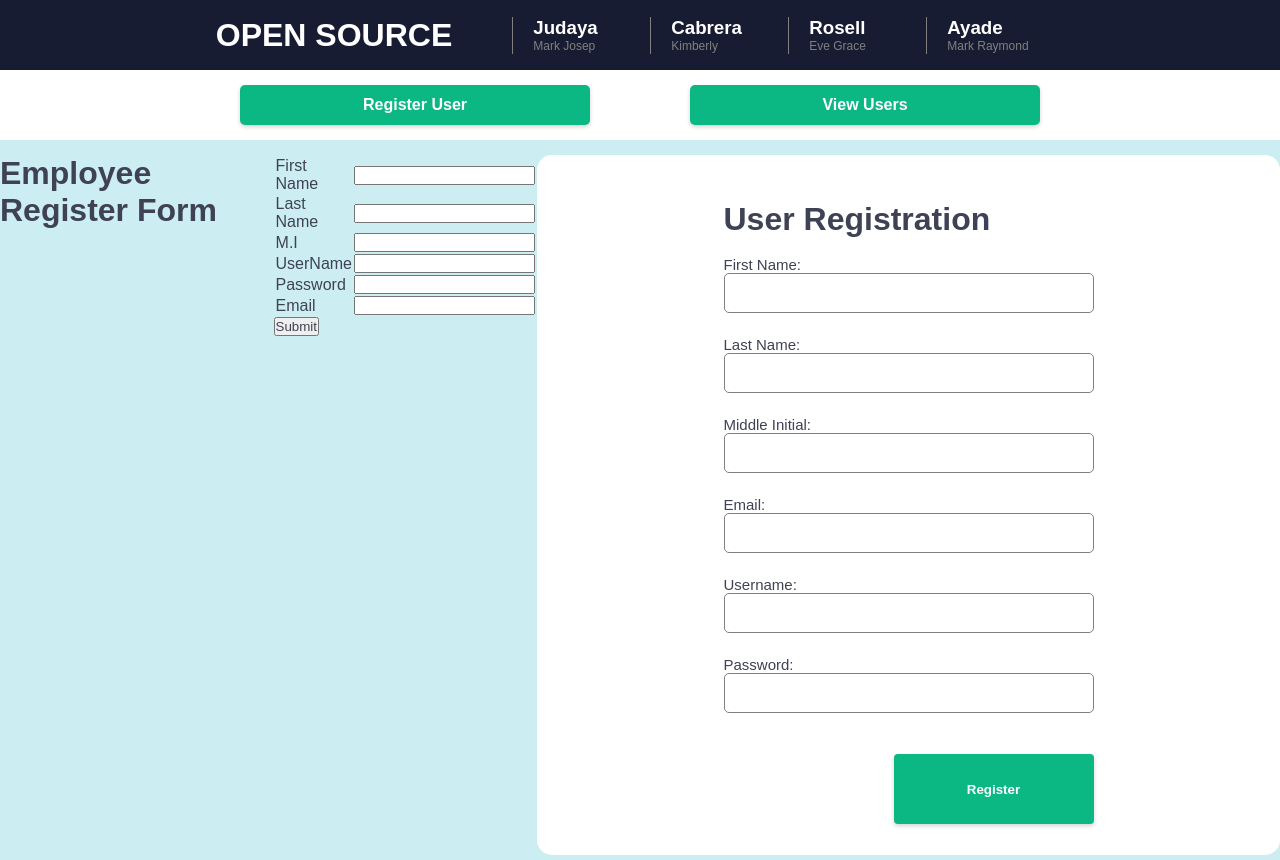
Repository: azkalonz/Int-Prog-2
Page: http://localhost/Int_Prog_2/register?page=register
The author's editor kept a copy of each file at every save. The page is drawn from the files as they stood at one save, then again after the next save.
The browser window is 1280 px wide. The pictures show the whole page.
The page is served by Tomcat 9. Other server files are loaded and not shown.

Above is the page before, as saved 2021-03-02 10:59:18.

### Int Prog 2/WebContent/WEB-INF/views/register.jsp
<jsp:include page="/WEB-INF/layout/header.jsp" />
  <h1>Employee Register Form</h1>
  <form >
   <table style="with: 80%">
    <tr>
     <td>First Name</td>
     <td><input type="text" name="firstname" /></td>
    </tr>
    <tr>
     <td>Last Name</td>
     <td><input type="text" name="lastname" /></td>
    </tr>
    <tr>
     <td>M.I</td>
     <td><input type="text" name="mi" /></td>
    </tr>
    <tr>
     <td>UserName</td>
     <td><input type="text" name="username" /></td>
    </tr>
    <tr>
     <td>Password</td>
     <td><input type="password" name="password" /></td>
    </tr>
    <tr>
     <td>Email</td>
     <td><input type="text" name="email" /></td>
    </tr>
   </table>
   <input type="submit" value="Submit" />
  </form>
  <div class="formCon">
            <form action="<%= request.getContextPath() %>/register" method="post">
                <h1>User Registration</h1>
                <br>
                <div class="inputCon">
                    <span>First Name: </span>
                    <input type="text" name="firstname">
                </div>
                <div class="inputCon">
                    <span>Last Name:</span>
                    <input type="text" name="lastname">
                </div>
                <div class="inputCon">
                    <span>Middle Initial: </span>
                    <input type="text" name="mi">
                </div>
                <div class="inputCon">
                    <span>Email: </span>
                    <input type="text" name="email">
                </div>
                <div class="inputCon">
                    <span>Username: </span>
                    <input type="text" name="username">
                </div>
                <div class="inputCon">
                    <span>Password: </span>
                    <input type="text" name="password">
                </div>
                <br>
                <button>Register</button>
            </form>
        </div>
<jsp:include page="/WEB-INF/layout/footer.jsp" />

### Int Prog 2/WebContent/WEB-INF/layout/header.jsp
<%@ page language="java" contentType="text/html; charset=ISO-8859-1"
	pageEncoding="ISO-8859-1"%>
<!DOCTYPE html>
<html>
<head>
<meta charset="ISO-8859-1">
<title>Register Employee</title>
<link rel="stylesheet" href="<%=request.getContextPath()%>/css/style.css"/>
</head>
<body>
<header>
        <div class="container">
            <h1>OPEN SOURCE</h1>
            <div class="namesCon">
                <div class="names">
                    <h3>Judaya</h3>
                    <span>Mark Josep</span>
                </div>
                <div class="names">
                    <h3>Cabrera</h3>
                    <span>Kimberly</span>
                </div>
                <div class="names">
                    <h3>Rosell</h3>
                    <span>Eve Grace</span>
                </div>
                <div class="names">
                    <h3>Ayade</h3>
                    <span>Mark Raymond</span>
                </div>
            </div>
        </div>
    </header>
    <div class="navCon">
        <div class="container">
            <div class="button">
                <a href="register.html">Register User</a>
            </div>
            <div class="button">
                <a href="view.html">View Users</a>
            </div>
        </div>
    </div>

    <div class="thecontent">

### Int Prog 2/src/com/intprog/controller/RegisterServlet.java
package com.intprog.controller;

import java.io.IOException;
import javax.servlet.ServletException;
import javax.servlet.annotation.WebServlet;
import javax.servlet.http.HttpServlet;
import javax.servlet.http.HttpServletRequest;
import javax.servlet.http.HttpServletResponse;

import com.intprog.dao.EmployeeDAO;
import com.intprog.model.Employee;
import com.sun.corba.se.impl.orbutil.ObjectWriter;


@WebServlet("/register")
public class RegisterServlet extends HttpServlet {
	private static final long serialVersionUID = 1L;
    private EmployeeDAO employeeDao = new EmployeeDAO();
    /**
     * @see HttpServlet#HttpServlet()
     */
    public RegisterServlet() {
        super();
        // TODO Auto-generated constructor stub
    }

	/**
	 * @see HttpServlet#doGet(HttpServletRequest request, HttpServletResponse response)
	 */
	protected void doGet(HttpServletRequest request, HttpServletResponse response) throws ServletException, IOException {
		// TODO Auto-generated method stub
		getServletContext().getRequestDispatcher("/WEB-INF/views/register.jsp").forward(request, response);
	}

	/**
	 * @see HttpServlet#doPost(HttpServletRequest request, HttpServletResponse response)
	 */
	protected void doPost(HttpServletRequest request, HttpServletResponse response) throws ServletException, IOException {
		String firstName = request.getParameter("firstname");
        String lastName = request.getParameter("lastname");
        String username = request.getParameter("username");
        String password = request.getParameter("password");
        String email = request.getParameter("email");
        String mi = request.getParameter("mi");

        Employee employee = new Employee();
        employee.setFirstname(firstName);
        employee.setLastname(lastName);
        employee.setUsername(username);
        employee.setPassword(password);
        employee.setEmail(email);
        employee.setMi(mi);

        try {
            employeeDao.registerEmployee(employee);
        } catch (Exception e) {
            // TODO Auto-generated catch block
            e.printStackTrace();
        }

        getServletContext().setAttribute("employee", employee);
		getServletContext().getRequestDispatcher("/employee.jsp").forward(request, response);
	}

}

### Int Prog 2/WebContent/css/style.css
* {
  margin: 0;
  padding: 0;
  box-sizing: border-box;
  font-family: "Poppins", sans-serif;
  color: rgb(63, 66, 84);
}

header {
  width: 100%;
  height: 70px;
  background: rgb(24, 28, 50);
  display: flex;
  align-items: center;
  justify-content: center;
}

header .container {
  width: 1024px;
  display: flex;
  justify-content: center;
}

header .container h1 {
  color: white;
  margin-right: 20px;
}

header .container .namesCon {
  display: flex;
  margin-left: 40px;
}

.container .namesCon .names {
  width: 130px;
  display: flex;
  flex-direction: column;
  margin-right: 8px;
  border-left: 1px solid gray;
  padding-left: 20px;
}

.namesCon .names h3 {
  color: white;
}

.namesCon .names span {
  font-size: 12px;
  color: gray;
}

.navCon {
  width: 100%;
  height: 70px;
  background: white;
  display: flex;
  align-items: center;
  justify-content: center;
  padding: 20px 0;
}

.navCon .container {
  width: 1024px;
  display: flex;
  align-items: center;
  justify-content: center;
}

.navCon .container .button {
  width: 350px;
  height: 40px;
  margin: 0 50px;
  cursor: pointer;
  border: none;
  border-radius: 5px;
  background: rgb(11, 183, 131);
  font-weight: bold;
  box-shadow: 0 2px 4px lightgray;
  display: flex;
  justify-content: center;
  align-items: center;
}

.navCon .container .button a {
  text-decoration: none;
  color: white;
}

.thecontent {
  width: 100%;
  height: 100vh;
  display: flex;
  justify-content: center;
  padding: 15px 0;
  background: rgb(204, 238, 242);
}

.formCon {
  display: flex;
  align-items: center;
  justify-content: center;
  width: 1024px;
  height: 700px;
  background: white;
  padding-top: 15px;
  border-radius: 15px;
}
.inputCon {
  width: 370px;
  height: 80px;
  display: flex;
  flex-direction: column;
}

.inputCon span {
  margin-right: 10px;
  font-size: 15px;
}

.inputCon input {
  height: 40px;
  padding-left: 7px;
  border: 1px solid gray;
  border-radius: 5px;
}

.formCon button {
  width: 200px;
  height: 70px;
  float: right;
  border: none;
  border-radius: 4px;
  background: rgb(11, 183, 131);
  color: white;
  font-weight: bold;
  box-shadow: 0 2px 4px lightgray;
}

.thecontent .tableCon {
  background: white;
  width: 1024px;
  height: 800px;
  display: flex;
  justify-content: center;
  align-items: center;
  flex-direction: column;
  border-radius: 15px;
}

.tableCon table {
  width: 800px;
}

.tableCon table th {
  text-align: left;
}

Loaded but not shown: Int Prog 2/WebContent/WEB-INF/layout/footer.jsp (common file)

After the next save:
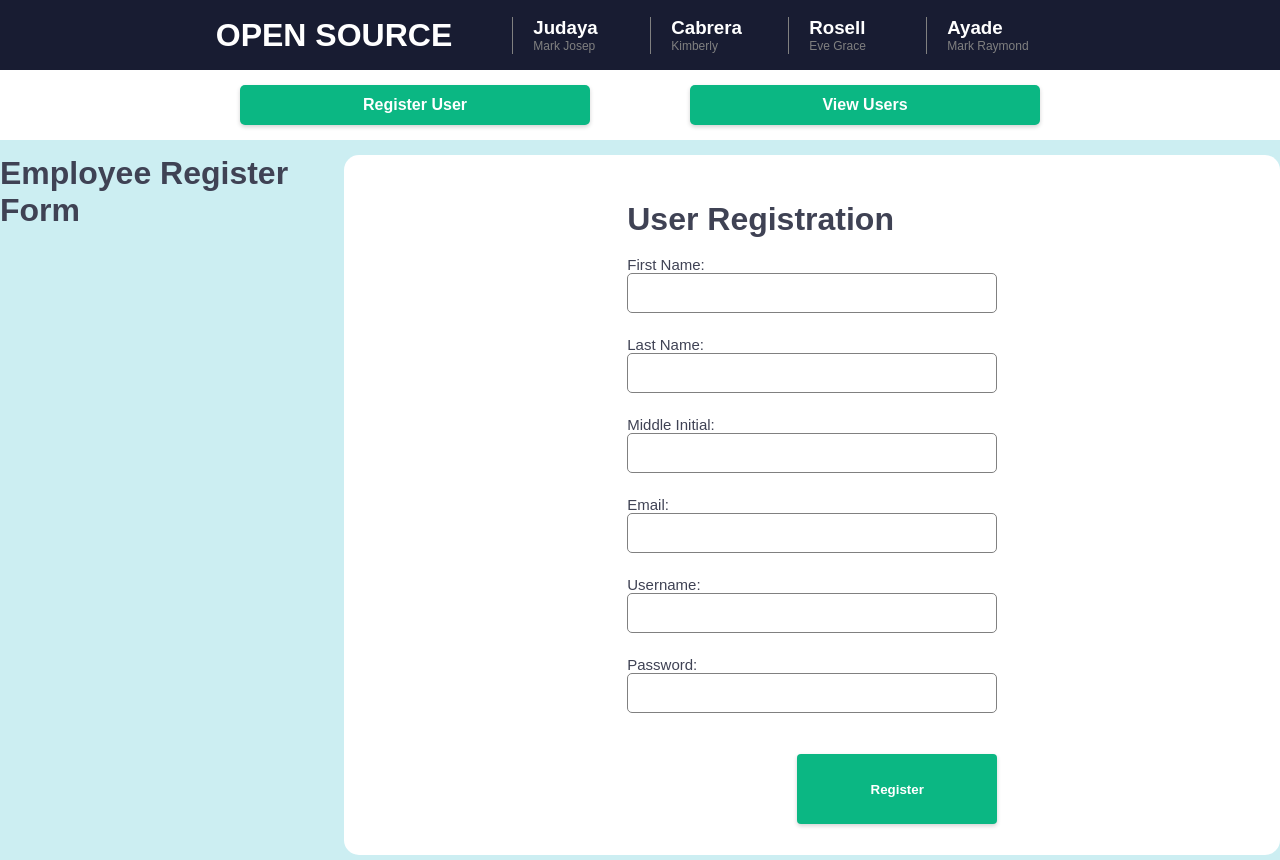
Saved 16 s later.
--- a/Int Prog 2/WebContent/WEB-INF/views/register.jsp
+++ b/Int Prog 2/WebContent/WEB-INF/views/register.jsp
@@ -1,34 +1,5 @@
 <jsp:include page="/WEB-INF/layout/header.jsp" />
   <h1>Employee Register Form</h1>
-  <form >
-   <table style="with: 80%">
-    <tr>
-     <td>First Name</td>
-     <td><input type="text" name="firstname" /></td>
-    </tr>
-    <tr>
-     <td>Last Name</td>
-     <td><input type="text" name="lastname" /></td>
-    </tr>
-    <tr>
-     <td>M.I</td>
-     <td><input type="text" name="mi" /></td>
-    </tr>
-    <tr>
-     <td>UserName</td>
-     <td><input type="text" name="username" /></td>
-    </tr>
-    <tr>
-     <td>Password</td>
-     <td><input type="password" name="password" /></td>
-    </tr>
-    <tr>
-     <td>Email</td>
-     <td><input type="text" name="email" /></td>
-    </tr>
-   </table>
-   <input type="submit" value="Submit" />
-  </form>
   <div class="formCon">
             <form action="<%= request.getContextPath() %>/register" method="post">
                 <h1>User Registration</h1>
